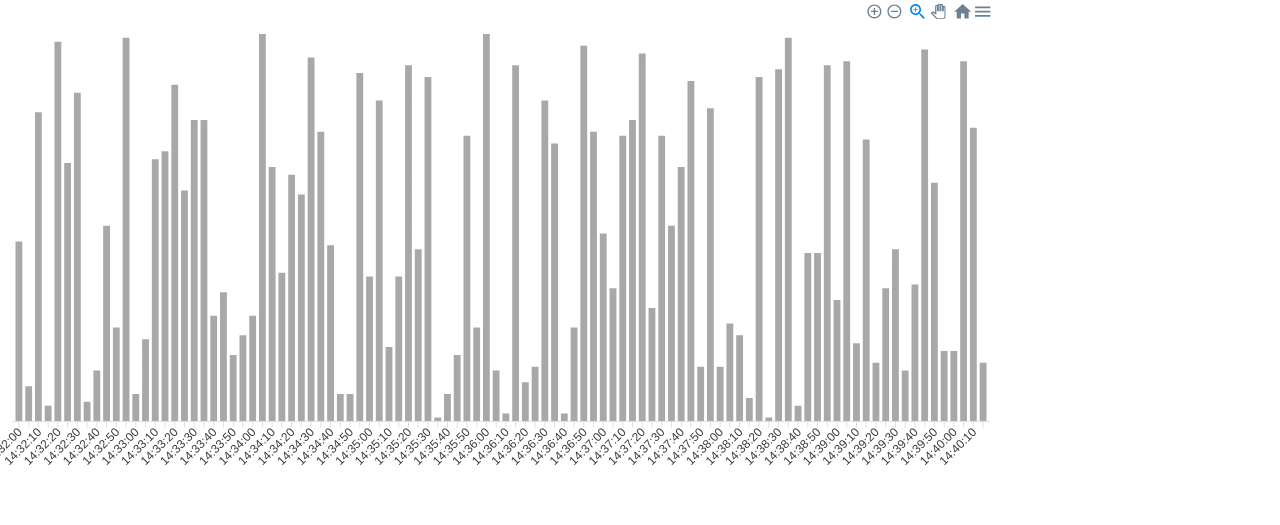
Repository: wanted-pre-onboarding-internship-1team/pre-onboarding-9th-3-1
Page: /
The author's editor kept a copy of each file at every save. The page is drawn from the files as they stood at one save, then again after the next save.
The browser window is 1280 px wide. The pictures show the whole page.
The project was rebuilt for these pictures with package versions that can differ from the ones it lists, and the page was loaded fresh each time.

Above is the page before, as saved 2023-03-14 23:38:51.

### public/index.html
<!DOCTYPE html>
<html lang="en">
  <head>
    <meta charset="utf-8" />
    <link rel="icon" href="%PUBLIC_URL%/favicon.ico" />
    <meta name="viewport" content="width=device-width, initial-scale=1" />
    <meta name="theme-color" content="#000000" />

    <title>React App</title>
  </head>

  <body>
    <div id="root"></div>
  </body>
</html>

### src/index.tsx
import App from './App';
import './index.css';
import React from 'react';
import ReactDOM from 'react-dom/client';
import { BrowserRouter } from 'react-router-dom';

const root = ReactDOM.createRoot(
  document.getElementById('root') as HTMLElement
);
root.render(
  <BrowserRouter>
    <App />
  </BrowserRouter>
);

### src/App.tsx
import Router from './router/router';
import { createGlobalStyle } from 'styled-components';
import reset from 'styled-reset';

const GlobalStyle = createGlobalStyle`
  ${reset}
`;

function App() {
  return (
    <>
      <GlobalStyle />
      <Router />
    </>
  );
}

export default App;

### src/router/router.tsx
import Mainpage from '../pages/Mainpage';
import React from 'react';
import { Route, Routes } from 'react-router-dom';

export default function router() {
  return (
    <Routes>
      <Route path='/' element={<Mainpage />} />
    </Routes>
  );
}

### src/pages/Mainpage.tsx
import { api } from '../apis';
import { GetMockResponse } from '../apis/types/mock';
import useMockList from '../hooks/useMockList';
import axios from 'axios';
import React, { useEffect, useState } from 'react';
import ApexCharts from 'react-apexcharts';

export default function Mainpage() {
  const test = useMockList();
  console.log(test);
  return (
    <div>
      <ApexCharts
        height='500'
        width='1000'
        series={[
          {
            name: 'TEAM A',
            type: 'column',
            data: test.areaValueList,
          },
        ]}
        options={{
          theme: {
            mode: 'light',
          },

          grid: { show: false },
          stroke: {
            width: [0, 2, 5],
            curve: 'smooth',
          },

          yaxis: {
            show: false,
          },
          xaxis: {
            categories: test.timeList,
          },
          colors: ['red'],
        }}
      />
    </div>
  );
}

### src/hooks/useMockList.ts
import { api } from '../apis';
import { GetMockResponse } from '../apis/types/mock';
import { useEffect, useState } from 'react';

export default function useMockList() {
  const [originData, setOriginData] = useState<GetMockResponse['response']>();

  const dateList = originData ? Object.keys(originData) : [];

  const timeList = originData
    ? Object.keys(originData).map(time => time.split(' ')[1])
    : [];

  const idList = originData
    ? Object.entries(originData).map(entry => entry[1].id)
    : [];

  const varValueList = originData
    ? Object.entries(originData).map(entry => entry[1].value_var)
    : [];

  const areaValueList = originData
    ? Object.entries(originData).map(entry => entry[1].value_area)
    : [];

  useEffect(() => {
    api.mock.getMockDatas().then(res => {
      const { data } = res;
      setOriginData(data.response);
    });
  }, []);

  return { timeList, dateList, idList, varValueList, areaValueList };
}

### src/apis/index.ts
import { instance } from './instance';
import MockService from './mockService';

const mockService = new MockService(instance);

export const api = { mock: mockService };

### src/apis/instance.ts
import axios, { AxiosInstance, AxiosRequestConfig, AxiosResponse } from 'axios';

interface CustomInstance extends AxiosInstance {
  get<T = unknown, R = AxiosResponse<T>, D = unknown>(
    url: string,
    config?: AxiosRequestConfig<D>
  ): Promise<R>;
}

const instance: CustomInstance = axios.create({
  baseURL: '/',
});

export { instance };

### src/apis/mockService.ts
import { instance } from './instance';
import { GetMockResponse } from './types/mock';

export default class MockService {
  constructor(private api: typeof instance) {}
  getMockDatas = async () => this.api.get<GetMockResponse>('data/mock.json');
}

### public/data/mock.json
{
  "type": "Flexsys Mock API",
  "version": 1.0,
  "response": {
    "2023-02-01 14:32:00": {
      "id": "성북구",
      "value_area": 46,
      "value_bar": 13111
    },
    "2023-02-01 14:32:05": {
      "id": "강남구",
      "value_area": 9,
      "value_bar": 19143
    },
    "2023-02-01 14:32:10": {
      "id": "노원구",
      "value_area": 79,
      "value_bar": 14798
    },
    "2023-02-01 14:32:15": {
      "id": "중랑구",
      "value_area": 4,
      "value_bar": 14456
    },
    "2023-02-01 14:32:20": {
      "id": "노원구",
      "value_area": 97,
      "value_bar": 19116
    },
    "2023-02-01 14:32:25": {
      "id": "성북구",
      "value_area": 66,
      "value_bar": 18098
    },
    "2023-02-01 14:32:30": {
      "id": "중랑구",
      "value_area": 84,
      "value_bar": 16243
    },
    "2023-02-01 14:32:35": {
      "id": "강남구",
      "value_area": 5,
      "value_bar": 13100
    },
    "2023-02-01 14:32:40": {
      "id": "성북구",
      "value_area": 13,
      "value_bar": 19429
    },
    "2023-02-01 14:32:45": {
      "id": "노원구",
      "value_area": 50,
      "value_bar": 14923
    },
    "2023-02-01 14:32:50": {
      "id": "강남구",
      "value_area": 24,
      "value_bar": 10127
    },
    "2023-02-01 14:32:55": {
      "id": "강남구",
      "value_area": 98,
      "value_bar": 12583
    },
    "2023-02-01 14:33:00": {
      "id": "중랑구",
      "value_area": 7,
      "value_bar": 12310
    },
    "2023-02-01 14:33:05": {
      "id": "중랑구",
      "value_area": 21,
      "value_bar": 15764
    },
    "2023-02-01 14:33:10": {
      "id": "강남구",
      "value_area": 67,
      "value_bar": 11060
    },
    "2023-02-01 14:33:15": {
      "id": "강남구",
      "value_area": 69,
      "value_bar": 14857
    },
    "2023-02-01 14:33:20": {
      "id": "노원구",
      "value_area": 86,
      "value_bar": 13995
    },
    "2023-02-01 14:33:25": {
      "id": "중랑구",
      "value_area": 59,
      "value_bar": 14773
    },
    "2023-02-01 14:33:30": {
      "id": "노원구",
      "value_area": 77,
      "value_bar": 18347
    },
    "2023-02-01 14:33:35": {
      "id": "성북구",
      "value_area": 77,
      "value_bar": 15970
    },
    "2023-02-01 14:33:40": {
      "id": "성북구",
      "value_area": 27,
      "value_bar": 18577
    },
    "2023-02-01 14:33:45": {
      "id": "성북구",
      "value_area": 33,
      "value_bar": 11704
    },
    "2023-02-01 14:33:50": {
      "id": "성북구",
      "value_area": 17,
      "value_bar": 17241
    },
    "2023-02-01 14:33:55": {
      "id": "노원구",
      "value_area": 22,
      "value_bar": 14450
    },
    "2023-02-01 14:34:00": {
      "id": "중랑구",
      "value_area": 27,
      "value_bar": 14970
    },
    "2023-02-01 14:34:05": {
      "id": "중랑구",
      "value_area": 99,
      "value_bar": 17906
    },
    "2023-02-01 14:34:10": {
      "id": "강남구",
      "value_area": 65,
      "value_bar": 11233
    },
    "2023-02-01 14:34:15": {
      "id": "노원구",
      "value_area": 38,
      "value_bar": 17306
    },
    "2023-02-01 14:34:20": {
      "id": "성북구",
      "value_area": 63,
      "value_bar": 14577
    },
    "2023-02-01 14:34:25": {
      "id": "중랑구",
      "value_area": 58,
      "value_bar": 13199
    },
    "2023-02-01 14:34:30": {
      "id": "중랑구",
      "value_area": 93,
      "value_bar": 12707
    },
    "2023-02-01 14:34:35": {
      "id": "강남구",
      "value_area": 74,
      "value_bar": 15064
    },
    "2023-02-01 14:34:40": {
      "id": "강남구",
      "value_area": 45,
      "value_bar": 16300
    },
    "2023-02-01 14:34:45": {
      "id": "성북구",
      "value_area": 7,
      "value_bar": 14605
    },
    "2023-02-01 14:34:50": {
      "id": "노원구",
      "value_area": 7,
      "value_bar": 15210
    },
    "2023-02-01 14:34:55": {
      "id": "성북구",
      "value_area": 89,
      "value_bar": 13578
    },
    "2023-02-01 14:35:00": {
      "id": "중랑구",
      "value_area": 37,
      "value_bar": 11298
    },
    "2023-02-01 14:35:05": {
      "id": "노원구",
      "value_area": 82,
      "value_bar": 15686
    },
    "2023-02-01 14:35:10": {
      "id": "중랑구",
      "value_area": 19,
      "value_bar": 11485
    },
    "2023-02-01 14:35:15": {
      "id": "성북구",
      "value_area": 37,
      "value_bar": 16848
    },
    "2023-02-01 14:35:20": {
      "id": "성북구",
      "value_area": 91,
      "value_bar": 18670
    },
    "2023-02-01 14:35:25": {
      "id": "강남구",
      "value_area": 44,
      "value_bar": 17165
    },
    "2023-02-01 14:35:30": {
      "id": "성북구",
      "value_area": 88,
      "value_bar": 15053
    },
    "2023-02-01 14:35:35": {
      "id": "성북구",
      "value_area": 1,
      "value_bar": 14998
    },
    "2023-02-01 14:35:40": {
      "id": "강남구",
      "value_area": 7,
      "value_bar": 17739
    },
    "2023-02-01 14:35:45": {
      "id": "중랑구",
      "value_area": 17,
      "value_bar": 19212
    },
    "2023-02-01 14:35:50": {
      "id": "노원구",
      "value_area": 73,
      "value_bar": 16757
    },
    "2023-02-01 14:35:55": {
      "id": "노원구",
      "value_area": 24,
      "value_bar": 12864
    },
    "2023-02-01 14:36:00": {
      "id": "노원구",
      "value_area": 99,
      "value_bar": 10178
    },
    "2023-02-01 14:36:05": {
      "id": "성북구",
      "value_area": 13,
      "value_bar": 19425
    },
    "2023-02-01 14:36:10": {
      "id": "강남구",
      "value_area": 2,
      "value_bar": 12455
    },
    "2023-02-01 14:36:15": {
      "id": "노원구",
      "value_area": 91,
      "value_bar": 16945
    },
    "2023-02-01 14:36:20": {
      "id": "성북구",
      "value_area": 10,
      "value_bar": 13734
    },
    "2023-02-01 14:36:25": {
      "id": "성북구",
      "value_area": 14,
      "value_bar": 13894
    },
    "2023-02-01 14:36:30": {
      "id": "중랑구",
      "value_area": 82,
      "value_bar": 19367
    },
    "2023-02-01 14:36:35": {
      "id": "중랑구",
      "value_area": 71,
      "value_bar": 15492
    },
    "2023-02-01 14:36:40": {
      "id": "강남구",
      "value_area": 2,
      "value_bar": 19082
    },
    "2023-02-01 14:36:45": {
      "id": "노원구",
      "value_area": 24,
      "value_bar": 13117
    },
    "2023-02-01 14:36:50": {
      "id": "노원구",
      "value_area": 96,
      "value_bar": 15744
    },
    "2023-02-01 14:36:55": {
      "id": "성북구",
      "value_area": 74,
      "value_bar": 15609
    },
    "2023-02-01 14:37:00": {
      "id": "노원구",
      "value_area": 48,
      "value_bar": 14747
    },
    "2023-02-01 14:37:05": {
      "id": "중랑구",
      "value_area": 34,
      "value_bar": 15331
    },
    "2023-02-01 14:37:10": {
      "id": "노원구",
      "value_area": 73,
      "value_bar": 12292
    },
    "2023-02-01 14:37:15": {
      "id": "강남구",
      "value_area": 77,
      "value_bar": 11454
    },
    "2023-02-01 14:37:20": {
      "id": "강남구",
      "value_area": 94,
      "value_bar": 12972
    },
    "2023-02-01 14:37:25": {
      "id": "성북구",
      "value_area": 29,
      "value_bar": 19279
    },
    "2023-02-01 14:37:30": {
      "id": "노원구",
      "value_area": 73,
      "value_bar": 18371
    },
    "2023-02-01 14:37:35": {
      "id": "노원구",
      "value_area": 50,
      "value_bar": 13317
    },
    "2023-02-01 14:37:40": {
      "id": "강남구",
      "value_area": 65,
      "value_bar": 18504
    },
    "2023-02-01 14:37:45": {
      "id": "성북구",
      "value_area": 87,
      "value_bar": 16196
    },
    "2023-02-01 14:37:50": {
      "id": "강남구",
      "value_area": 14,
      "value_bar": 19701
    },
    "2023-02-01 14:37:55": {
      "id": "중랑구",
      "value_area": 80,
      "value_bar": 14836
    },
    "2023-02-01 14:38:00": {
      "id": "노원구",
      "value_area": 14,
      "value_bar": 13074
    },
    "2023-02-01 14:38:05": {
      "id": "성북구",
      "value_area": 25,
      "value_bar": 18335
    },
    "2023-02-01 14:38:10": {
      "id": "중랑구",
      "value_area": 22,
      "value_bar": 15022
    },
    "2023-02-01 14:38:15": {
      "id": "노원구",
      "value_area": 6,
      "value_bar": 12043
    },
    "2023-02-01 14:38:20": {
      "id": "중랑구",
      "value_area": 88,
      "value_bar": 11144
    },
    "2023-02-01 14:38:25": {
      "id": "강남구",
      "value_area": 1,
      "value_bar": 17518
    },
    "2023-02-01 14:38:30": {
      "id": "노원구",
      "value_area": 90,
      "value_bar": 18643
    },
    "2023-02-01 14:38:35": {
      "id": "성북구",
      "value_area": 98,
      "value_bar": 18318
    },
    "2023-02-01 14:38:40": {
      "id": "중랑구",
      "value_area": 4,
      "value_bar": 10746
    },
    "2023-02-01 14:38:45": {
      "id": "강남구",
      "value_area": 43,
      "value_bar": 18806
    },
    "2023-02-01 14:38:50": {
      "id": "중랑구",
      "value_area": 43,
      "value_bar": 16209
    },
    "2023-02-01 14:38:55": {
      "id": "강남구",
      "value_area": 91,
      "value_bar": 14273
    },
    "2023-02-01 14:39:00": {
      "id": "성북구",
      "value_area": 31,
      "value_bar": 19193
    },
    "2023-02-01 14:39:05": {
      "id": "성북구",
      "value_area": 92,
      "value_bar": 19661
    },
    "2023-02-01 14:39:10": {
      "id": "노원구",
      "value_area": 20,
      "value_bar": 19574
    },
    "2023-02-01 14:39:15": {
      "id": "중랑구",
      "value_area": 72,
      "value_bar": 18963
    },
    "2023-02-01 14:39:20": {
      "id": "강남구",
      "value_area": 15,
      "value_bar": 13083
    },
    "2023-02-01 14:39:25": {
      "id": "성북구",
      "value_area": 34,
      "value_bar": 12868
    },
    "2023-02-01 14:39:30": {
      "id": "강남구",
      "value_area": 44,
      "value_bar": 10836
    },
    "2023-02-01 14:39:35": {
      "id": "중랑구",
      "value_area": 13,
      "value_bar": 14255
    },
    "2023-02-01 14:39:40": {
      "id": "노원구",
      "value_area": 35,
      "value_bar": 15437
    },
    "2023-02-01 14:39:45": {
      "id": "중랑구",
      "value_area": 95,
      "value_bar": 18426
    },
    "2023-02-01 14:39:50": {
      "id": "강남구",
      "value_area": 61,
      "value_bar": 11387
    },
    "2023-02-01 14:39:55": {
      "id": "성북구",
      "value_area": 18,
      "value_bar": 14312
    },
    "2023-02-01 14:40:00": {
      "id": "성북구",
      "value_area": 18,
      "value_bar": 18700
    },
    "2023-02-01 14:40:05": {
      "id": "중랑구",
      "value_area": 92,
      "value_bar": 18053
    },
    "2023-02-01 14:40:10": {
      "id": "강남구",
      "value_area": 75,
      "value_bar": 13460
    },
    "2023-02-01 14:40:15": {
      "id": "성북구",
      "value_area": 15,
      "value_bar": 14829
    }
  }
}

Loaded but not shown: src/index.css (common file)

After the next save:
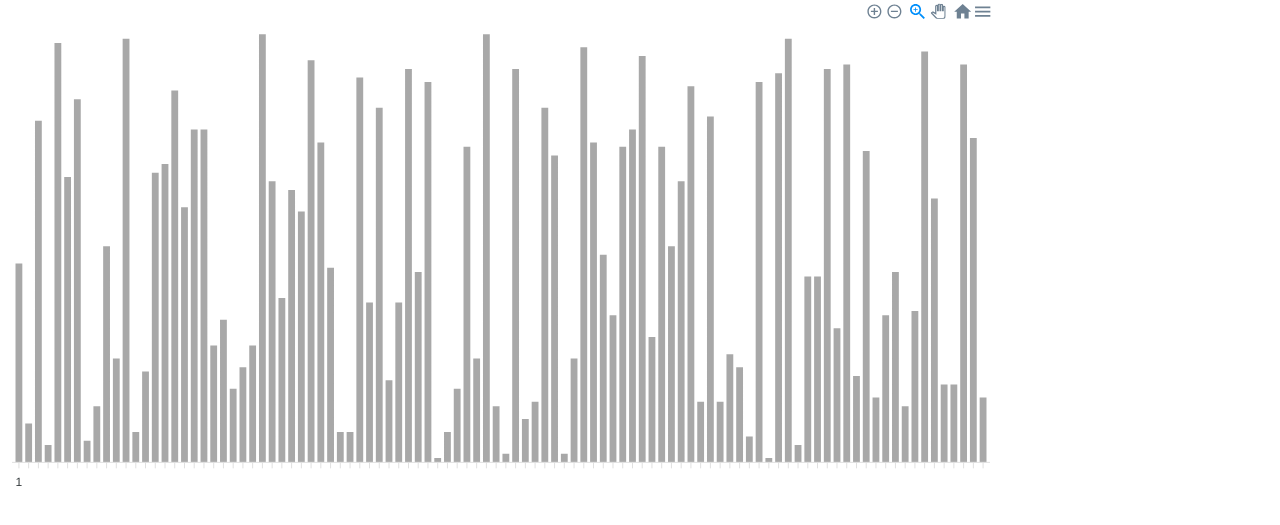
Saved 3 min 32 s later.
--- a/src/pages/Mainpage.tsx
+++ b/src/pages/Mainpage.tsx
@@ -35,7 +35,7 @@
             show: false,
           },
           xaxis: {
-            categories: test.timeList,
+            categories: [1],
           },
           colors: ['red'],
         }}

After the save that followed:
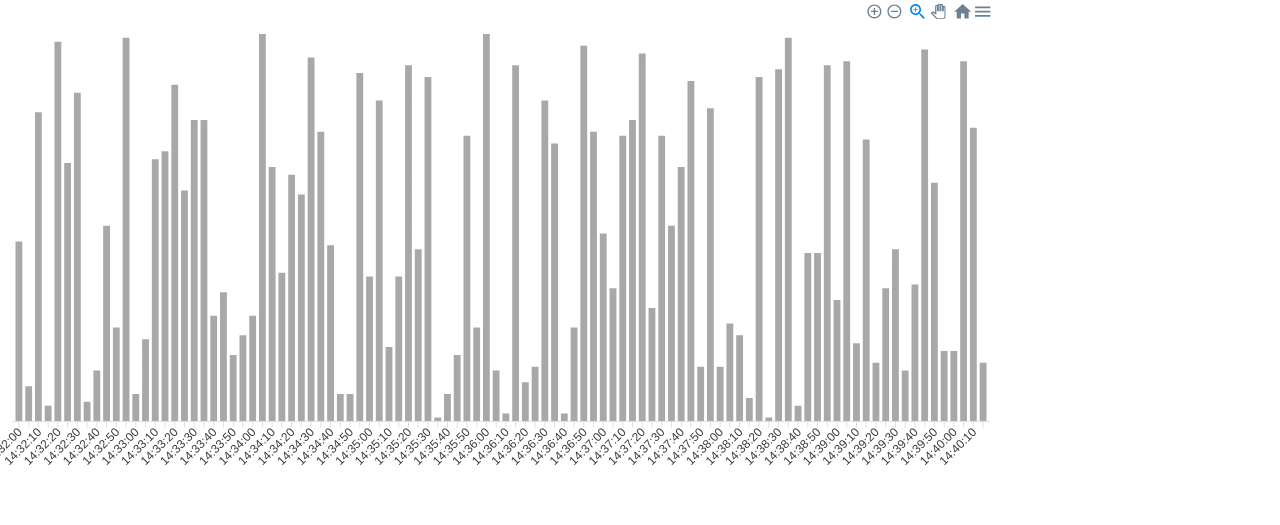
Saved 8 s later.
--- a/src/pages/Mainpage.tsx
+++ b/src/pages/Mainpage.tsx
@@ -35,7 +35,7 @@
             show: false,
           },
           xaxis: {
-            categories: [1],
+            categories: test.timeList,
           },
           colors: ['red'],
         }}
